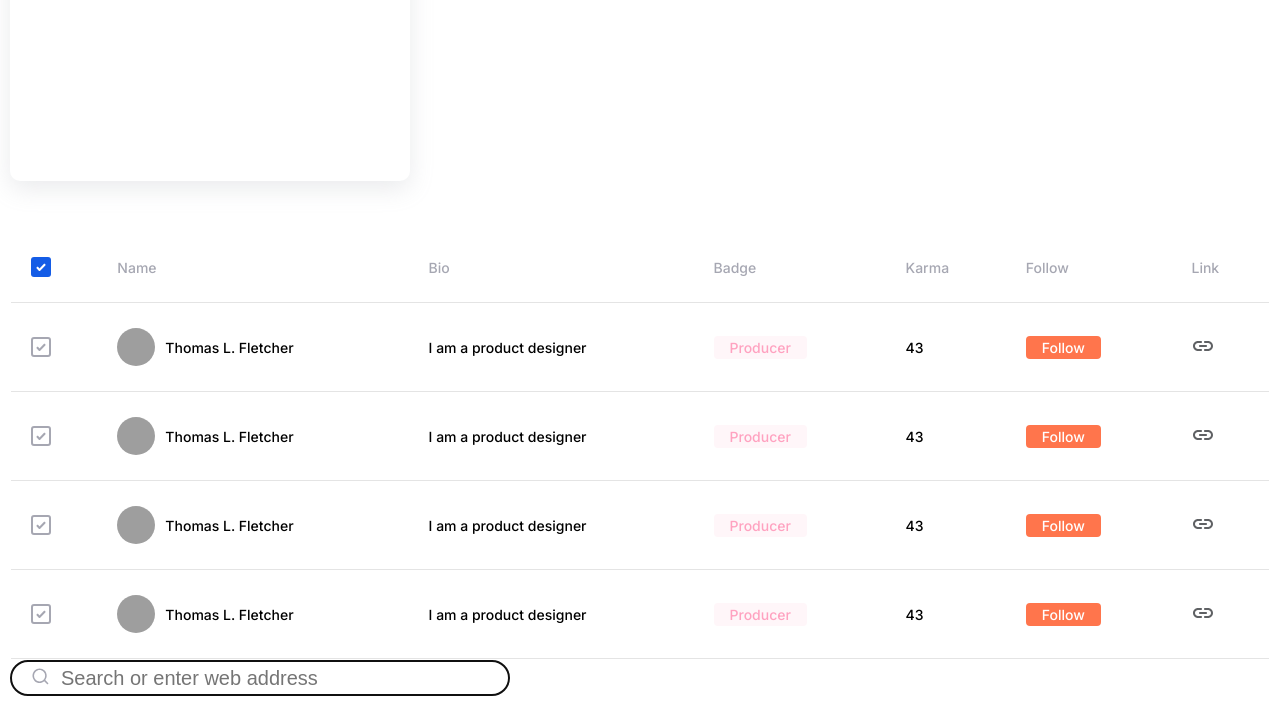
Repository: anhphapap/CSS
Page: test.html
These files come from the project's save history. The page is drawn as it stood at one moment and after the next save; the edit follows.
The browser window is 1280 px wide. The pictures show the part of the page from y = 642 to 1348 px (the page is 1348 px tall).
The first visible `.input-search` has the focus.
Pictures or frames that could not be fetched are drawn as grey boxes. A picture or video elsewhere on the page could not be fetched, so the positions and the page height are approximate.

Above is the page before, as saved 2023-04-09 22:01:38.

After the next save:
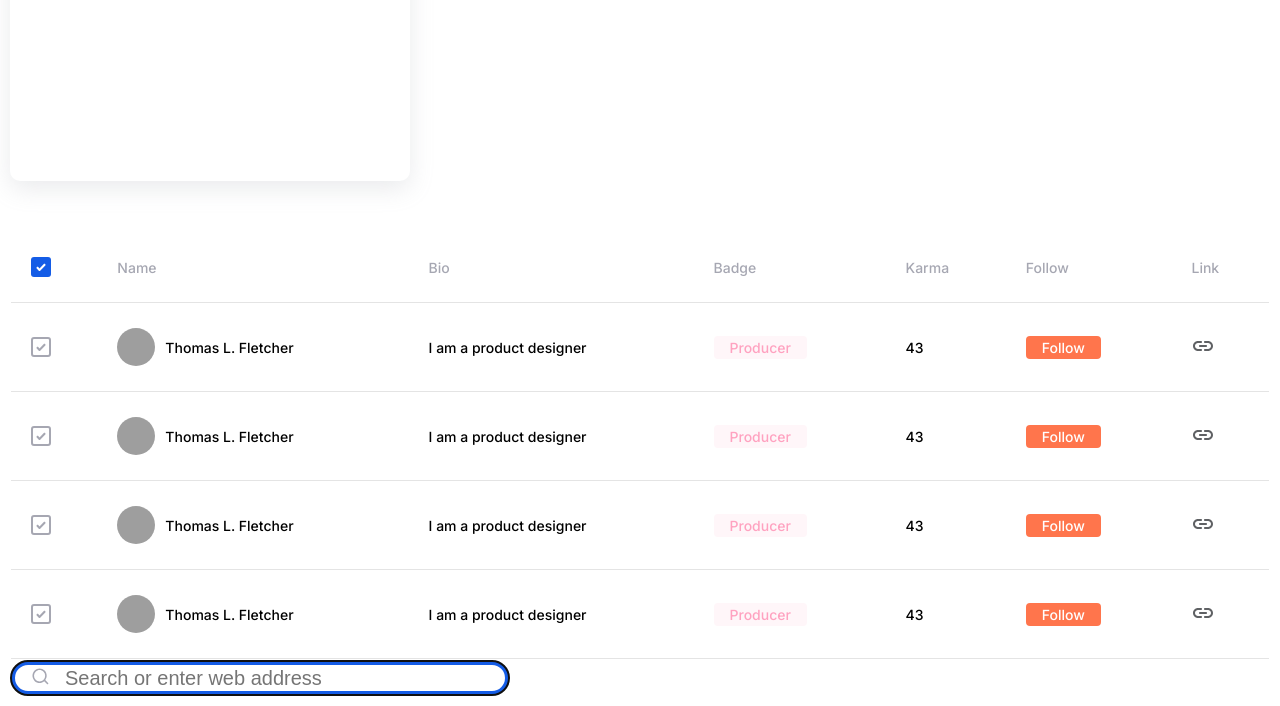
Saved 6 s later.
--- a/CSS/test.css
+++ b/CSS/test.css
@@ -406,5 +406,5 @@ td,th{
 .input-search:focus{
     background-color: white;
     color: black;
-    border: 1px solid #145CE6;
-}
+    border: 5px solid #145CE6;
+}
